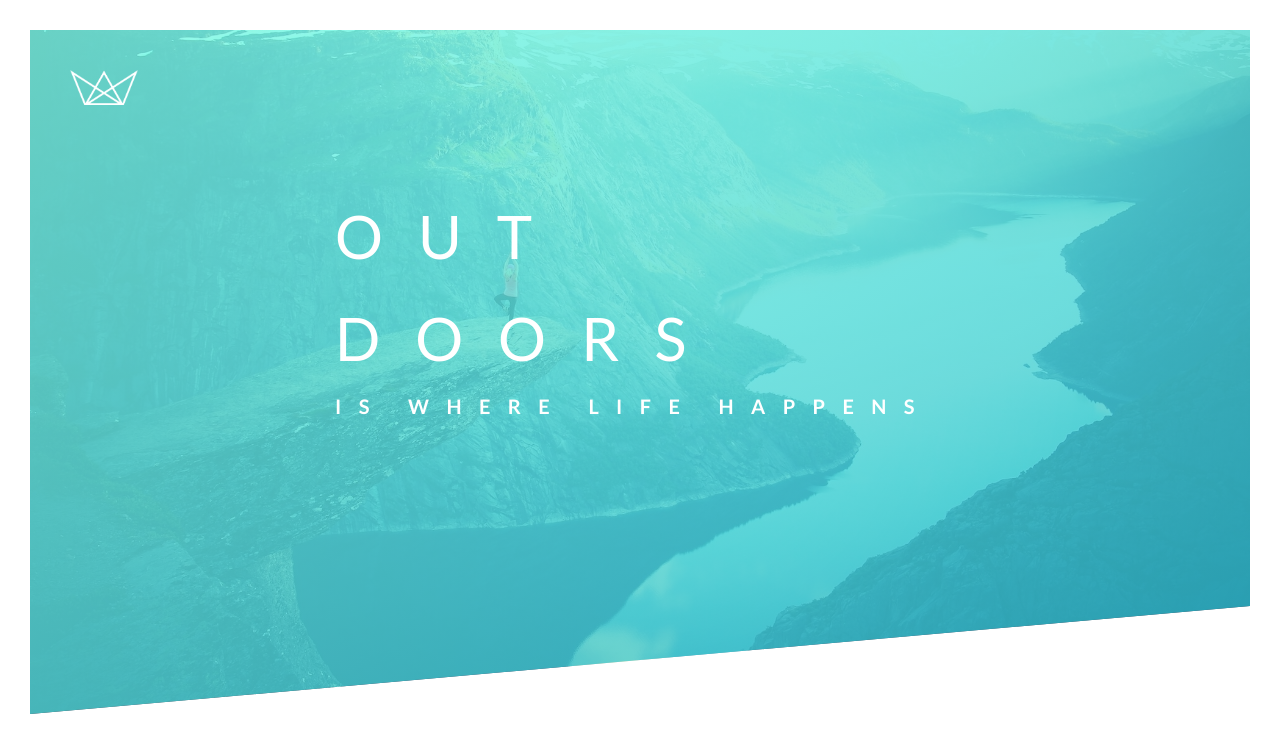
Repository: haokiet2501/natours-page
Page: index.html
The author's editor kept a copy of each file at every save. The page is drawn from the files as they stood at one save, then again after the next save.
The browser window is 1280 px wide. The pictures show the whole page.

Above is the page before, as saved 2022-07-31 17:12:52.

### index.html
<!DOCTYPE html>
<html lang="en">
<head>
    <meta charset="UTF-8">
    <meta http-equiv="X-UA-Compatible" content="IE=edge">
    <meta name="viewport" content="width=device-width, initial-scale=1.0">
    <link rel="shortcut icon" href="img/favicon.png" type="image/x-icon">
    <link rel="stylesheet" href="styles.css">
    <title>Natours</title>
</head>
<body>
    <header class="header">
        <div class="logo">
            <img src="img/logo-white.png" alt="Logo" class="logo-img">
        </div>
        <div class="heading">
            <h1 class="heading-text">
                <span class="heading-subtitle">
                    Out doors
                </span>
                <span class="heading-subtext">
                    is where life happens
                </span>
            </h1>
        </div>
    </header>
</body>
</html>

### styles.css
@import url('https://fonts.googleapis.com/css2?family=Lato:wght@300;400;700;900&display=swap');

* {
    margin: 0;
    padding: 0;
    box-sizing: border-box;
}

:root {
    --lighten-blue: #69ffd7;
    --medium-blue: #3badd4;
    --dark-blue: #1b92c2;
}

body {
    font-family: "Lato", sans-serif;
    line-height: 1.7;
    font-weight: 400;
    font-size: 16px;
    color: #777;
    padding: 30px;
}

html {
    scroll-behavior: smooth;
}

.header {
    position: relative;
    height: 95vh;
    background-image: linear-gradient(
        to right bottom,
        rgba(126, 255, 232, 0.8),
        rgba(40, 187, 208, 0.8)
        ) ,url("./img/hero.jpg");
    background-size: cover;
    background-position: top;
    clip-path: polygon(0 0, 100% 0, 100% 80vh, 0 100%);
}

.logo {
    position: absolute;
    top: 40px;
    left: 40px;
}

.logo-img {
    height: 35px;
}

.heading {
    position: absolute;
    top: 40%;
    left: 50%;
    transform: translate(-50%, -50%);
}

.heading-text {
    color: #fff;
    text-transform: uppercase;
}

.heading-subtitle {
    display: block;
    font-size: 60px;
    font-weight: 400;
    letter-spacing: 35px;
}

.heading-subtext {
    display: block;
    font-size: 20px;
    font-weight: 700;
    letter-spacing: 17.4px;
}

After the next save:
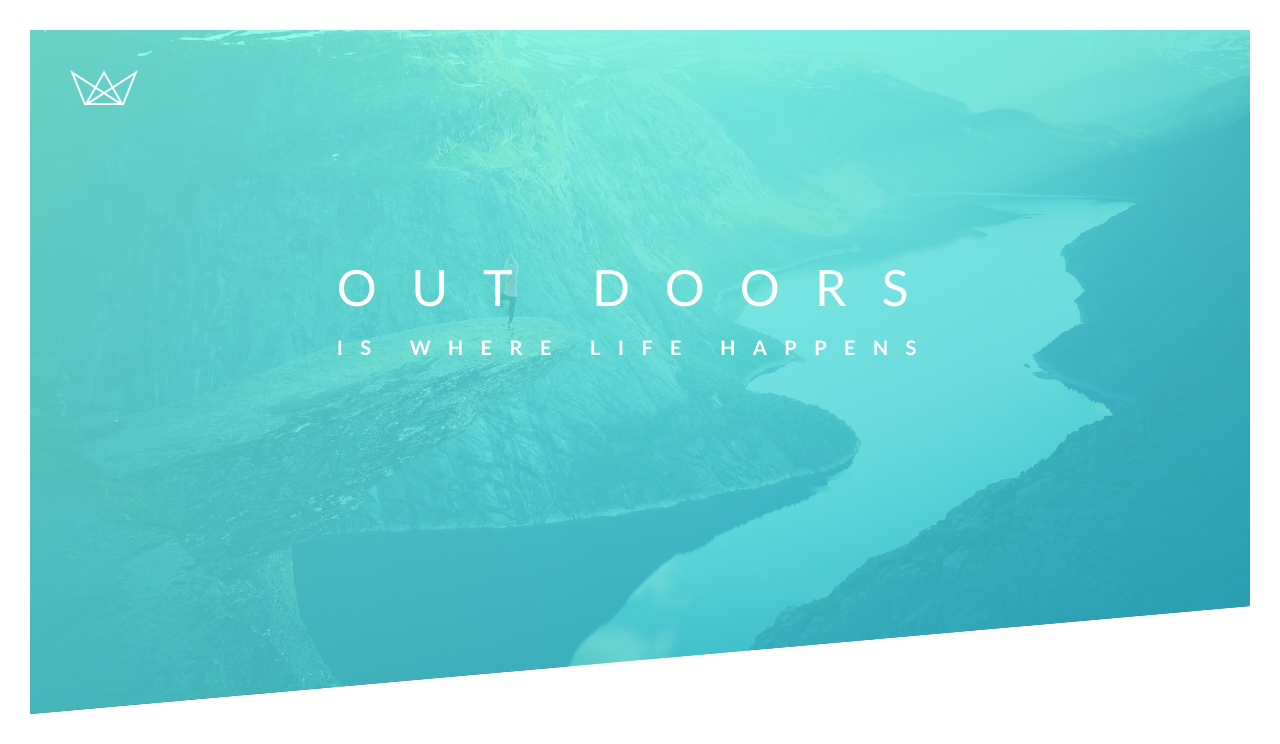
Saved 10 s later.
--- a/styles.css
+++ b/styles.css
@@ -62,7 +62,7 @@ html {
 
 .heading-subtitle {
     display: block;
-    font-size: 60px;
+    font-size: 50px;
     font-weight: 400;
     letter-spacing: 35px;
 }
